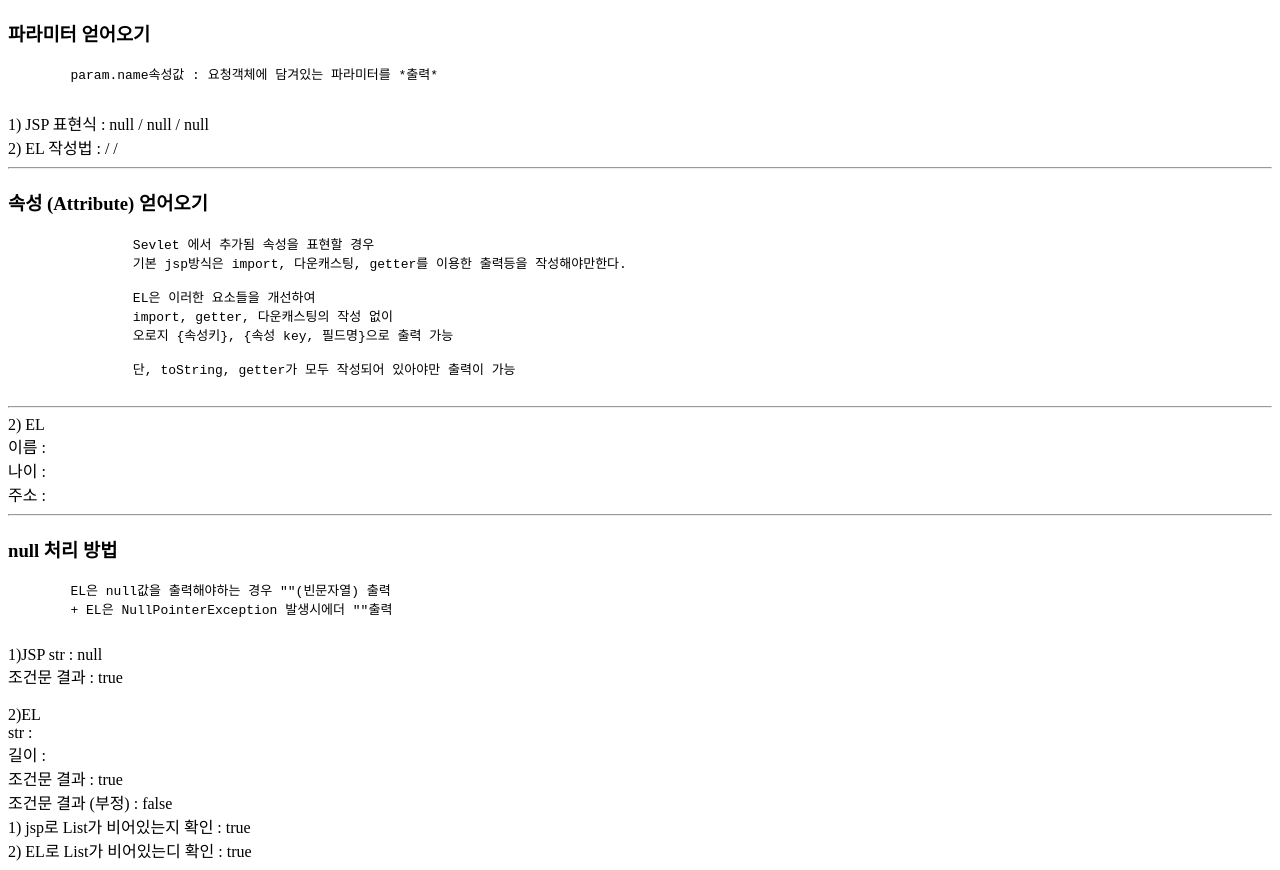
Repository: Seenee-Shin/servlet-jsp
Page: http://localhost/JSPProject/WEB-INF/views/EL/result.jsp
The author's editor kept a copy of each file at every save. The page is drawn from the files as they stood at one save, then again after the next save.
The browser window is 1280 px wide. The pictures show the whole page.
The page is served by Tomcat 9. Nobody is signed in. Other server files are loaded and not shown. The template is opened directly, without the code that normally fills it, so the values that code supplies are empty.

Above is the page before, as saved 2021-11-29 07:22:08.

### JSPProject/src/main/webapp/WEB-INF/views/EL/result.jsp
<%@page import="java.util.ArrayList"%>
<%@page import="java.util.List"%>
<%@ page language="java" contentType="text/html; charset=UTF-8"
    pageEncoding="UTF-8"%>
 <!-- 페이지 지시자 -->
<%-- <%@page import="edu.kh.jsp.model.vo.Person"%> --%>
<!DOCTYPE html>
<html>
<head>
<meta charset="UTF-8">
<title>EL Result</title>
</head>
<body>
	<h3>파라미터 얻어오기 </h3>

	<pre>
	param.name속성값 : 요청객체에 담겨있는 파라미터를 *출력*
	</pre>

	1) JSP 표현식 :
	<%= request.getParameter("inputName") %> /
	<%= request.getParameter("inputAge") %> /
	<%= request.getParameter("inputAddr") %> <br>
	2) EL 작성법 :
	${param.inputName}/ ${param.inputAge} / ${param.inputAddr}

	<hr>

	<h3>속성 (Attribute) 얻어오기</h3>
	<pre>
		Sevlet 에서 추가됨 속성을 표현할 경우
		기본 jsp방식은 import, 다운캐스팅, getter를 이용한 출력등을 작성해야만한다.

		EL은 이러한 요소들을 개선하여
		import, getter, 다운캐스팅의 작성 없이
		오로지 {속성키}, {속성 key, 필드명}으로 출력 가능

		단, toString, getter가 모두 작성되어 있아야만 출력이 가능
	</pre>
<%-- 	1) JSP 표현식 <br>
	<!-- Obeject 자료형을 Person으로 다운캐스팅 -->
	<% Person person = (Person)request.getAttribute("person");%>
	<%= person.toString() %> <br>
	이름 : <%= person.getName() %> <br>
	나이 : <%= person.getAge() %> <br>
	주소 : <%= person.getAddr() %> <br>
--%>

	<hr>
	2) EL
	${person} <br>
	이름 : ${person.name} <br>
	나이 : ${person.age} <br>
	주소 : ${person.addr}<br>

	<hr>
	<h3>null 처리 방법</h3>
	<pre>
	EL은 null값을 출력해야하는 경우 ""(빈문자열) 출력
	+ EL은 NullPointerException 발생시에더 ""출력
	</pre>

	1)JSP
	<% String str = request.getParameter("str"); %>
	str : <%= str %> <br>
	<%--  <%= str.length() %>  : 에러 발생 --%>

	조건문 결과 : <%= str == null %> <!-- true 반환 -->

	<br> <br>

	2)EL <br>
	str : ${param.str} <br>
	길이 : ${param.str.length} <br>
	조건문 결과 : ${empty param.str} <br>
	조건문 결과 (부정) : ${!empty param.str}

	<% List<String> list = new ArrayList<String>(); %><br>
	1) jsp로 List가 비어있는지 확인 : <%= list.isEmpty() %> <br>
	2) EL로 List가 비어있는디 확인 : ${empty list }

</body>
</html>

After the next save:
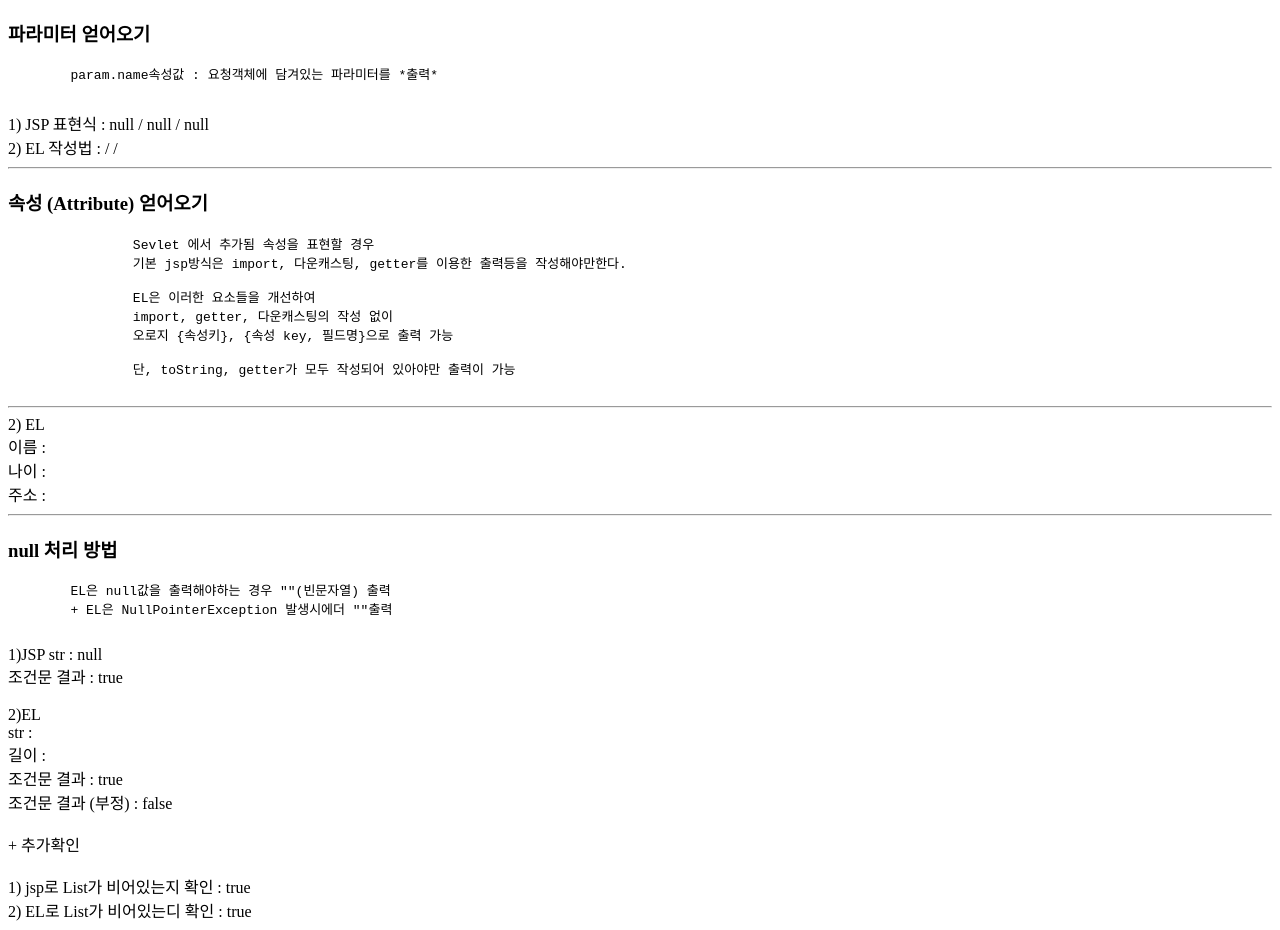
Saved 28 s later.
--- a/JSPProject/src/main/webapp/WEB-INF/views/EL/result.jsp
+++ b/JSPProject/src/main/webapp/WEB-INF/views/EL/result.jsp
@@ -74,7 +74,8 @@
 	길이 : ${param.str.length} <br>
 	조건문 결과 : ${empty param.str} <br>
 	조건문 결과 (부정) : ${!empty param.str}
-
+	<br> <br>
+	+ 추가확인 <br>
 	<% List<String> list = new ArrayList<String>(); %><br>
 	1) jsp로 List가 비어있는지 확인 : <%= list.isEmpty() %> <br>
 	2) EL로 List가 비어있는디 확인 : ${empty list }
